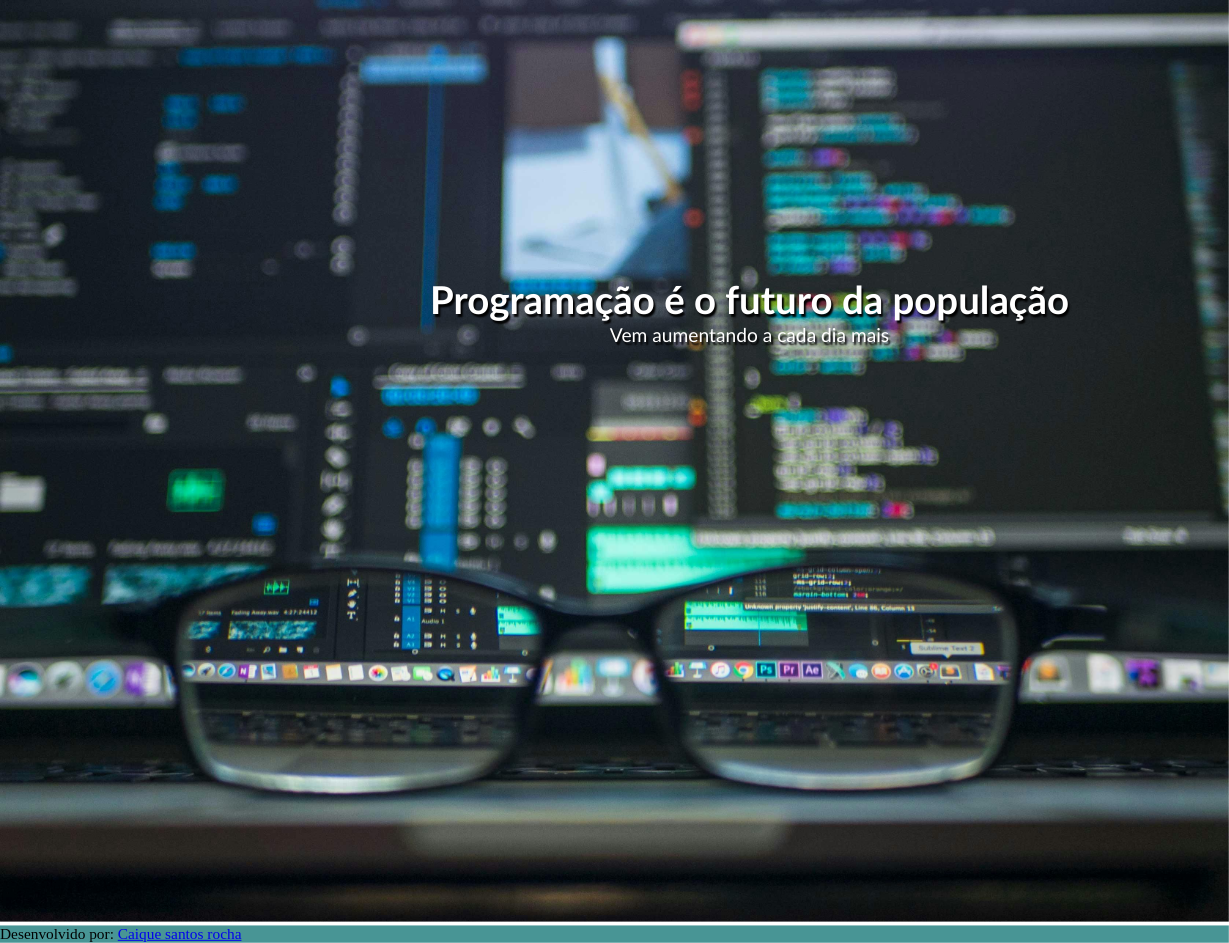
Repository: Caiquedev123/Sites
Page: index.html
An editor plug-in stored every save of this project. The page is shown before and after the next save, followed by the edit.
The browser window is 1280 px wide. The pictures show the whole page, at 96% of full size.

Above is the page before, as saved 2024-07-22 17:17:55.

### index.html
<!DOCTYPE html>
<html lang="en">
<head>
    <meta charset="UTF-8">
    <meta name="viewport" content="width=device-width, initial-scale=1.0">
    <title>Projeto</title>
    <link rel="stylesheet" href="style.css">
    <link rel="stylesheet" href="./reset.css">
</head>
<body>
    <div class="container">
        <h1>Programação é o futuro da população</h1>
        <p>Vem aumentando a cada dia mais</p>
    </div>
    <section class="imagens">
        <img src="./imagem/Progrmação.jpg" alt="programação">
    </section>
    <footer>
        <p>Desenvolvido por: <a href="https://github.com/">Caique santos rocha</a>
    </footer>
</body>
</html>

### style.css
body{background-color: rgb(255, 255, 255);}

.container{
    position: absolute;
    z-index: 1;
    text-align: center;
    left: 35%;
    top: 40%;
    color: rgb(255, 255, 255);
    font-family: 'Gill Sans', 'Gill Sans MT', Calibri, 'Trebuchet MS', sans-serif;
    font-size: 20px;
    text-shadow: 2px 3px 2px black;
}

img{
    width: 100%;
    object-fit: cover;
    position: relative;
}

footer{
    background-color: rgb(72, 149, 149);
}

Loaded but not shown: reset.css (common file)

After the next save:
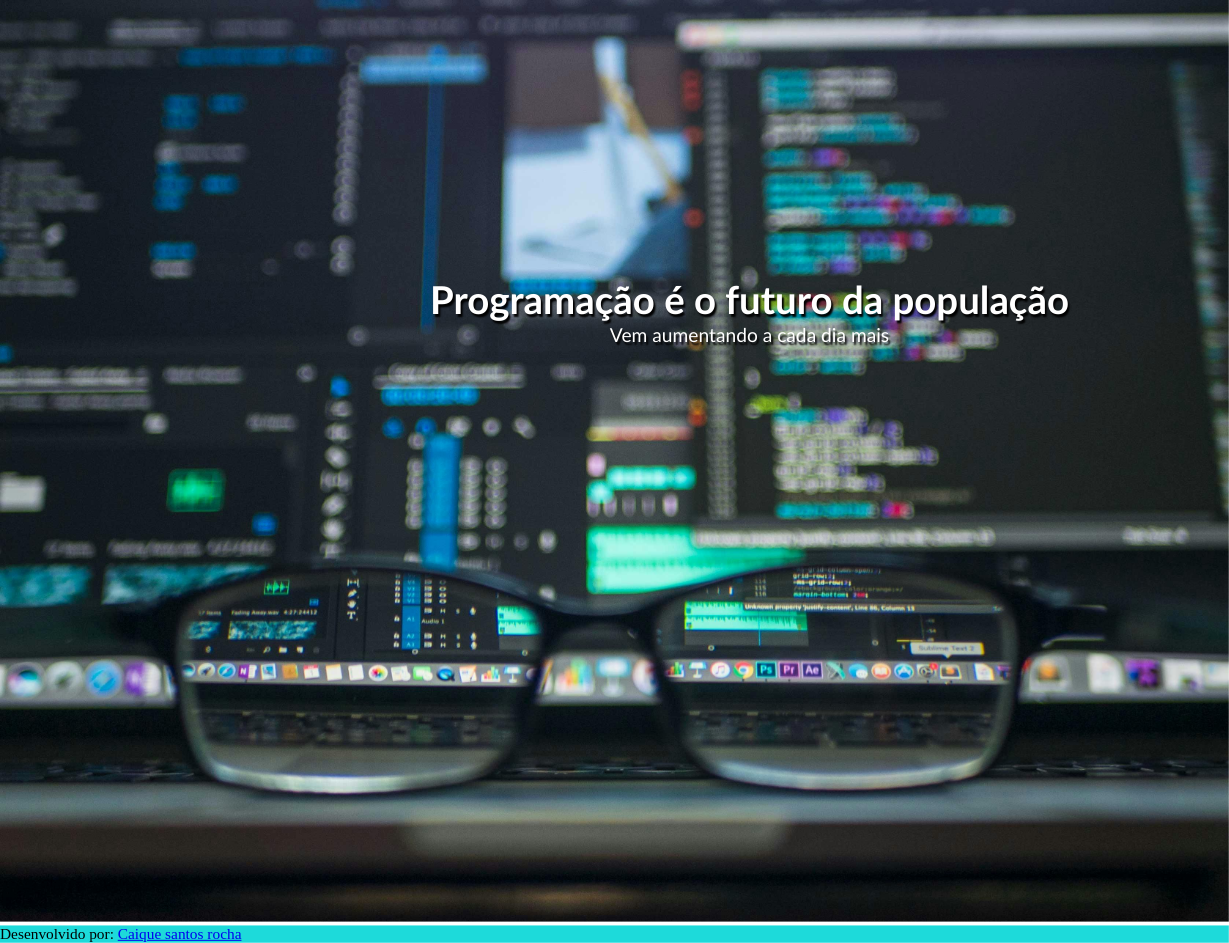
Saved 5 s later.
--- a/style.css
+++ b/style.css
@@ -19,5 +19,5 @@
 }
 
 footer{
-    background-color: rgb(72, 149, 149);
+    background-color: rgb(29, 218, 218);
 }
